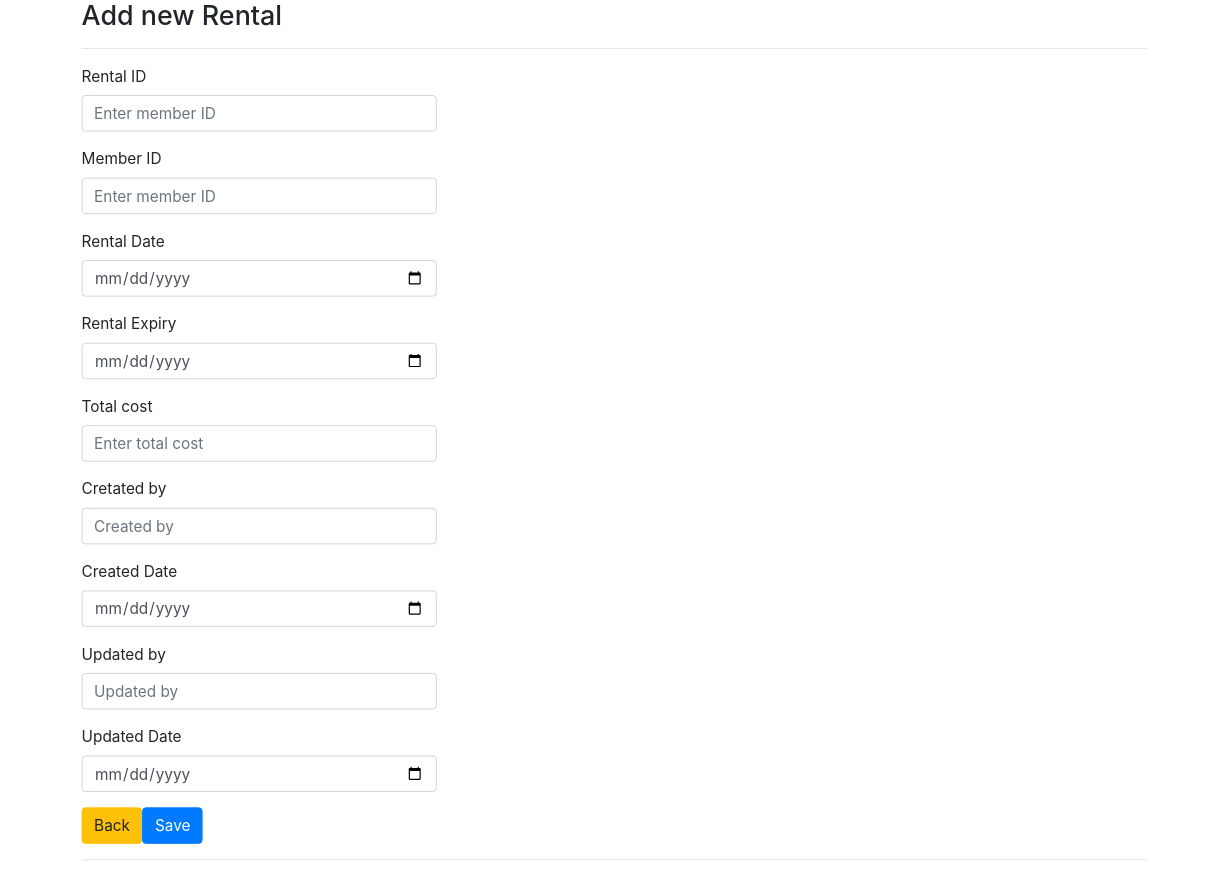
Repository: messimacky/Movie-Rental-System-Front-End
Page: /add-rental
These files come from the project's save history. The page is drawn as it stood at one moment and after a run of saves; the edit follows.
The browser window is 1280 px wide. The pictures show the whole page, at 96% of full size.
The project was rebuilt for these pictures with package versions that can differ from the ones it lists, and the page was loaded fresh each time. Also part of the build but not shown: src/services/movie.service.js, src/components/AddMovie.js, src/components/MoviesList.js, src/components/NotFound.js, src/components/login/Login.js, src/services/customer.service.js, src/components/AddCustomer.js, src/components/CustomerList.js and 4 more.

Above is the page before, as saved 2022-04-25 12:33:48.

### src/App.js
import { BrowserRouter as Router, Switch, Route } from 'react-router-dom';
import AddMovie from './components/AddMovie';
import MoviesList from "./components/MoviesList";
import NotFound from "./components/NotFound";
import Login from './components/login/Login';
import AddCustomer from './components/AddCustomer'
import CustomersList from './components/CustomerList';
import RentalsList from './components/RentalsList';
import AddRental from './components/AddRental';
import Home from './components/Home';
import Signup from './components/signup/Signup';
function App() {
  return (
    <Router>
      <div>
        <Switch>

          <Route exact path="/" component={Home} />
          <Route exact path="/movies" component={MoviesList} />
          <Route path="/add-movie" component={AddMovie} />
          <Route path="/movies/edit/:id" component={AddMovie} />




          <Route exact path="/customers" component={CustomersList} />
          <Route path="/add-customer" component={AddCustomer} />
          <Route path="/customers/edit/:id" component={AddCustomer} />



          <Route path="/login" component={Login} />
          <Route path="/signup" component={Signup} />


          <Route exact path="/rentals" component={RentalsList} />
          <Route exact path="/add-rental" component={AddRental} />
          <Route path="/rentals/edit/:id" component={AddRental} />


          <Route path="*" component={NotFound} />
        </Switch>
      </div>
    </Router>
  )
}

export default App;

### src/components/AddRental.js
import { useEffect, useState } from "react";
import { useParams } from "react-router-dom";
import { Link } from "react-router-dom";
import { useHistory } from "react-router-dom";
import rentalService from "../services/rental.service";


const AddRental = () => {

    // const [id, setId] = useState('');
    const [rentalId, setRentalId] = useState();
    const [memberId, setMemberId] = useState('');
    const [rentalDate, setRentalDate] = useState('');
    const [rentalExpiry, setRentalExpiry] = useState('');
    const [totalCost, setTotalCost] = useState('');
    const [createdBy, setCreatedBy] = useState('');
    const [creationDate, setCreationDate] = useState('');
    const [updatedBy, setUpdatedBy] = useState('');
    const [updatedDate, setUpdatedDate] = useState('');
    const [isReturned, setIsReturned] = useState(false);



    // const [movie_returned_status, setMovieReturnedStatus] = useState('');

    const history = useHistory();
    const { id } = useParams();



    const SaveRental = (e) => {
        e.preventDefault();
        const rental = { rentalId, memberId, rentalDate, rentalExpiry, totalCost, creationDate, createdBy, updatedBy, updatedDate, isReturned };
        if (id) {
            //update records
            rentalService.update(rental)
                .then(response => {
                    console.log("Movie added succesfully", response.data);
                    history.push('/rentals');
                })
                .catch(error => {
                    console.log("Something went wrong", error);
                });

        } else {
            //create record
            rentalService.create(rental)
                .then(response => {
                    console.log("Rental added succesfully", response.data);
                    history.push('/rentals');
                })
                .catch(error => {
                    console.log("Something get wrong", error);
                });
        }

    }
    useEffect(() => {
        if (id) {
            rentalService.get(id)
                .then(rental => {
                    setRentalId(rental.data.rentalId);
                    setMemberId(rental.data.memberId);
                    setRentalDate(rental.data.rentalDate);
                    setRentalExpiry(rental.data.rentalExpiry);
                    setTotalCost(rental.data.totalCost);
                    setCreatedBy(rental.data.createdBy);
                    setUpdatedDate(rental.data.createtionDate);
                    setUpdatedBy(rental.data.updatedBy);
                    setUpdatedDate(rental.data.updatedDate);
                    setIsReturned(rental.data.isReturned)



                })
                .catch(error => {
                    console.log("Something went wrong", error);
                });
        }
    }, [])


    return (
        <div className="container">
            <h3>Add new Rental</h3>
            <hr />
            <form>

                <div className="form-group">
                    <label>Rental ID</label>
                    <input type="number"
                        className="form-control col-4"
                        id="rentalId"
                        value={rentalId}
                        onChange={(e) => setRentalId(e.target.value)}
                        placeholder="Enter member ID"
                    />
                </div>



                <div className="form-group">
                    <label>Member ID</label>
                    <input type="number"
                        className="form-control col-4"
                        id="memberId"
                        value={memberId}
                        onChange={(e) => setMemberId(e.target.value)}
                        placeholder="Enter member ID"
                    />
                </div>
                <div className="form-group">
                    <label>Rental Date</label>
                    <input
                        type="date"
                        className="form-control col-4"
                        id="rentalDate"
                        value={rentalDate}
                        onChange={(e) => setRentalDate(e.target.value)}
                        placeholder="Rental Date"
                    />
                </div>

                <div className="form-group">

                    <label>Rental Expiry</label>
                    <input
                        type="date"
                        className="form-control col-4"
                        id="rentalExpiry"
                        value={rentalExpiry}
                        onChange={(e) => setRentalExpiry(e.target.value)}
                        placeholder="Enter expiry date"
                    />
                </div>


                <div className="form-group">
                    <label>Total cost</label>
                    <input
                        type="number"
                        className="form-control col-4"
                        id="totalCost"
                        value={totalCost}
                        onChange={(e) => setTotalCost(e.target.value)}
                        placeholder="Enter total cost"
                    />
                </div>

                <div className="form-group">
                    <label>Cretated by</label>

                    <input
                        type="text"
                        className="form-control col-4"
                        id="createdBy"
                        value={createdBy}
                        onChange={(e) => setCreatedBy(e.target.value)}
                        placeholder="Created by"
                    />
                </div>


                <div className="form-group">
                    <label>Created Date</label>
                    <input
                        type="date"
                        className="form-control col-4"
                        id="creationDate"
                        value={creationDate}
                        onChange={(e) => setCreationDate(e.target.value)}
                        placeholder="Created Date"
                    />
                </div>




                <div className="form-group">
                    <label> Updated by</label>
                    <input
                        type="text"
                        className="form-control col-4"
                        id="updatedBy"
                        value={updatedBy}
                        onChange={(e) => setUpdatedBy(e.target.value)}
                        placeholder="Updated by"
                    />
                </div>


                <div className="form-group">
                    <label> Updated Date</label>
                    <input
                        type="date"
                        className="form-control col-4"
                        id="updatedDate"
                        value={updatedDate}
                        onChange={(e) => setUpdatedDate(e.target.value)}
                        placeholder="Updated Date"
                    />
                </div>





                <div>
                    <Link className="btn btn-warning" to="/rentals">Back</Link>
                    <button className="btn btn-primary" onClick={(e) => SaveRental(e)}>Save</button>
                </div>
            </form>
            <hr />

        </div>
    );
}

export default AddRental;

### src/components/login/Login.css
body {
    margin: 0;
    padding: 0;
    /* font-family: sans-serif; */
    background-size: cover;
    background-repeat: no-repeat;
}



.form {
    position: absolute;
    top: 50%;
    left: 50%;
    border: none;
    transform: translate(-50%, -50%);
    width: 400px;
    min-height: 450px;
    background-color: #fff;
    box-shadow: 0 15px 50px rgba(0, 0, 0, 0.5);
    padding: 50px;
    box-sizing: border-box;

    /* background: url(data:[embedded picture, 5679 characters]); */
    /* background: url(https://picsum.photos/3000/2000/?image=1015); */



}

.form h2 {
    margin-left: 60px;
    margin-top: 40px;
    color: white;
    /* margin: 30 0 40px; */
    padding: 0;
    color: black;
}

.form .input-box {
    position: relative;
    margin: 5px 0;
}

.form .input-box input {
    width: 100%;
    font-size: px;
    border: none;
    border-bottom: 2px solid #777;
    outline: none;
    padding: 10px;
    padding-left: 30px;
    box-sizing: border-box;
    font-weight: bold;
    color: #777;
}

.form .input-box input:focus,
.form .input-box input:valid {
    border-bottom-color: #03a9f4;
}

.form .input-box .fa {
    position: absolute;
    top: 8px;
    left: 5px;
    font-size: 18px;
    color: #777;
}

.form .input-box input[type="submit"] {
    border: none;
    cursor: pointer;
    background-color: #03a9f4;
    color: #fff;
    font-weight: bold;
    transition: 0.5s;
}

.form .input-box input[type="submit"]:hover {
    background-color: #ff4987;

}

.form a {
    text-decoration: none;
    color: black;

    margin-top: 4px;
    margin-left: 170px;
    /* font-weight: bold; */
    display: inline-block;
    transition: 0.5s;
}


.submit {
    margin-top: 30px;
    margin-left: 30px;


}

.form a {
    margin-top: 20px;
    margin-left: 50px;
    color: black;
    color: blue;
}

.form button {
    margin-top: 10px;
    margin-left: 50px;
    color: black;
    outline: invert;

}

.form button :hover {

    color: blue;
}

### src/components/AddCustomer.css
body {
    margin: 0;
    padding: 0;
    /* font-family: sans-serif; */
    background-size: cover;
    background-repeat: no-repeat;
}



.form {
    position: absolute;
    top: 50%;
    left: 50%;
    border: none;
    transform: translate(-50%, -50%);
    width: 400px;
    min-height: 450px;
    background-color: #fff;
    box-shadow: 0 15px 50px rgba(0, 0, 0, 0.5);
    padding: 50px;
    box-sizing: border-box;

    /* background: url(data:[embedded picture, 5679 characters]); */
    /* background: url(https://picsum.photos/3000/2000/?image=1015); */



}

.form h2 {
    margin-left: 60px;
    margin-top: 40px;
    color: white;
    /* margin: 30 0 40px; */
    padding: 0;
    color: black;
}

.form .input-box {
    position: relative;
    margin: 5px 0;
}

.form .input-box input {
    width: 100%;
    font-size: px;
    border: none;
    border-bottom: 2px solid #777;
    outline: none;
    padding: 10px;
    padding-left: 30px;
    box-sizing: border-box;
    font-weight: bold;
    color: #777;
}

.form .input-box input:focus,
.form .input-box input:valid {
    border-bottom-color: #03a9f4;
}

.form .input-box .fa {
    position: absolute;
    top: 8px;
    left: 5px;
    font-size: 18px;
    color: #777;
}

.form .input-box input[type="submit"] {
    border: none;
    cursor: pointer;
    background-color: #03a9f4;
    color: #fff;
    font-weight: bold;
    transition: 0.5s;
}

.form .input-box input[type="submit"]:hover {
    background-color: #ff4987;

}

.form a {
    text-decoration: none;
    color: black;

    margin-top: 4px;
    margin-left: 170px;
    /* font-weight: bold; */
    display: inline-block;
    transition: 0.5s;
}


.submit {
    margin-top: 30px;
    margin-left: 30px;


}

.form a {
    margin-top: 20px;
    margin-left: 50px;
    color: black;
    color: blue;
}

.form button {
    margin-top: 10px;
    margin-left: 50px;
    color: black;
    outline: invert;

}

.form button :hover {

    color: blue;
}

### src/services/rental.service.js
import httpClient from '../http-common';

const getAll = () => {
    return httpClient.get('/rentals');
}

const create = (data) => {
    return httpClient.post("/rentals", data);
}

const get = id => {
    return httpClient.get(`/rentals/${id}`);
}

const update = (data) => {
    return httpClient.put('/rentals', data);
}

const remove = id => {
    return httpClient.delete(`/rentals/${id}`);
}

export default { getAll, create, get, update, remove };

### src/components/signup/Signup.css
body {
    margin: 0;
    padding: 0;
    /* font-family: sans-serif; */
    background-size: cover;
    background-repeat: no-repeat;
}



.form {
    position: absolute;
    top: 50%;
    left: 50%;
    border: none;
    transform: translate(-50%, -50%);
    width: 400px;
    min-height: 450px;
    background-color: #fff;
    box-shadow: 0 15px 50px rgba(0, 0, 0, 0.5);
    padding: 50px;
    box-sizing: border-box;

    /* background: url(data:[embedded picture, 5679 characters]); */
    /* background: url(https://picsum.photos/3000/2000/?image=1015); */



}

.form h2 {
    margin-left: 60px;
    margin-top: 40px;
    color: white;
    /* margin: 30 0 40px; */
    padding: 0;
    color: black;
}

.form .input-box {
    position: relative;
    margin: 5px 0;
}

.form .input-box input {
    width: 100%;
    font-size: px;
    border: none;
    border-bottom: 2px solid #777;
    outline: none;
    padding: 10px;
    padding-left: 30px;
    box-sizing: border-box;
    font-weight: bold;
    color: #777;
}

.form .input-box input:focus,
.form .input-box input:valid {
    border-bottom-color: #03a9f4;
}

.form .input-box .fa {
    position: absolute;
    top: 8px;
    left: 5px;
    font-size: 18px;
    color: #777;
}

.form .input-box input[type="submit"] {
    border: none;
    cursor: pointer;
    background-color: #03a9f4;
    color: #fff;
    font-weight: bold;
    transition: 0.5s;
}

.form .input-box input[type="submit"]:hover {
    background-color: #ff4987;

}

.form a {
    text-decoration: none;
    color: black;

    margin-top: 4px;
    margin-left: 170px;
    /* font-weight: bold; */
    display: inline-block;
    transition: 0.5s;
}


.submit {
    margin-top: 30px;
    margin-left: 30px;


}

.form a {
    margin-top: 20px;
    margin-left: 50px;
    color: black;
    color: blue;
}

.form button {
    margin-top: 10px;
    margin-left: 50px;
    color: black;
    outline: invert;

}

.form button :hover {

    color: blue;
}

### src/http-common.js
import axios from "axios";


export default axios.create({
    baseURL: 'http://localhost:8080',
    headers: {
        'Content_Type': 'application/json'
    }

});

Loaded but not shown: public/index.html (common file); src/index.js (common file); src/index.css (common file); src/reportWebVitals.js (common file)

After the next 2 saves:
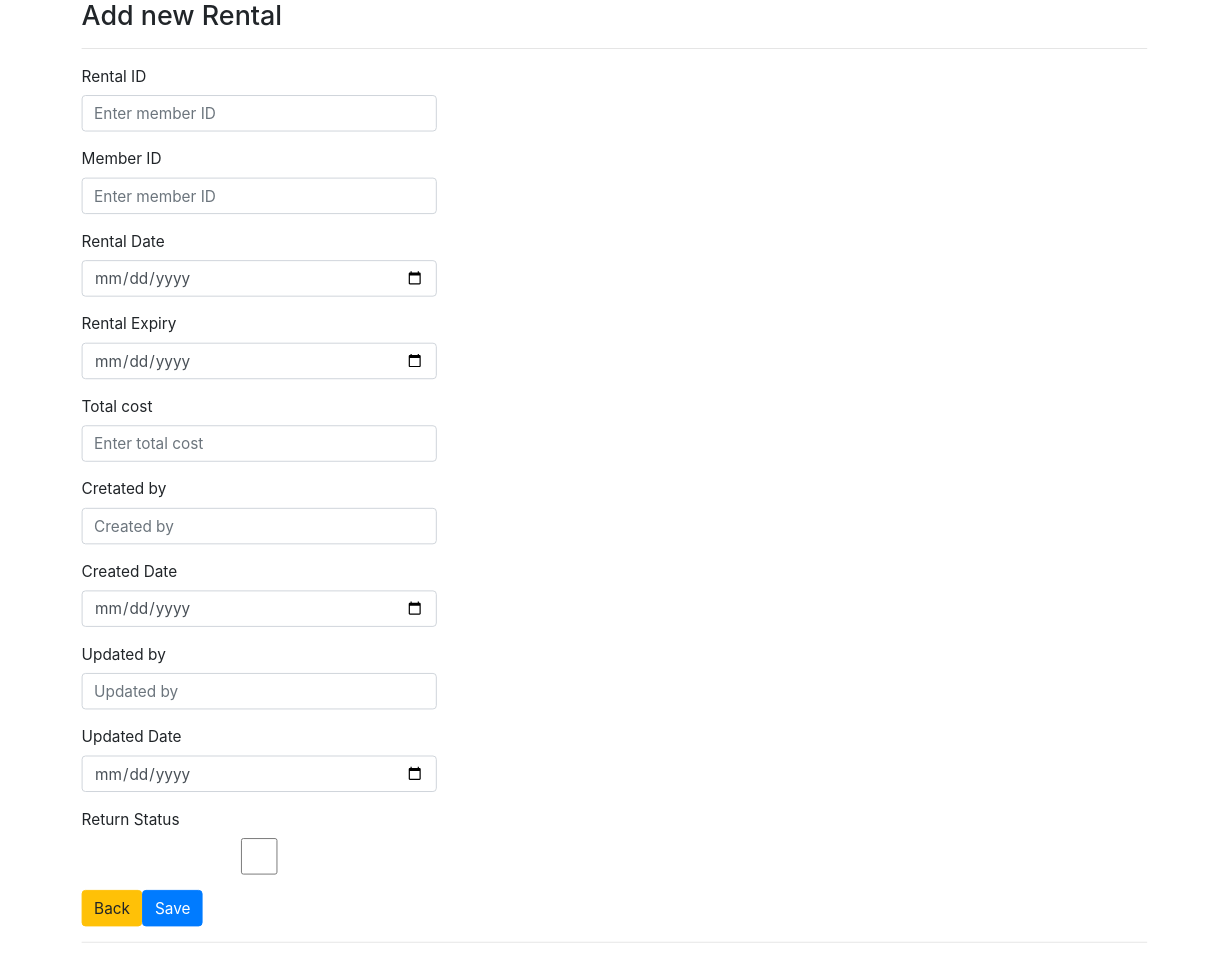
The 2 saves are shown as one change because they came seconds apart.
The last was saved 63 s later.
--- a/src/components/AddRental.js
+++ b/src/components/AddRental.js
@@ -201,6 +201,17 @@ const AddRental = () => {
                     />
                 </div>
 
+                <div className="form-group">
+                    <label> Return Status</label>
+                    <input
+                        type="checkbox"
+                        className="form-control col-4"
+                        id="isReturned"
+                        value={isReturned}
+                        onChange={(e) => setIsReturned(e.target.value)}
+                    />
+                </div>
+
 
 
 
